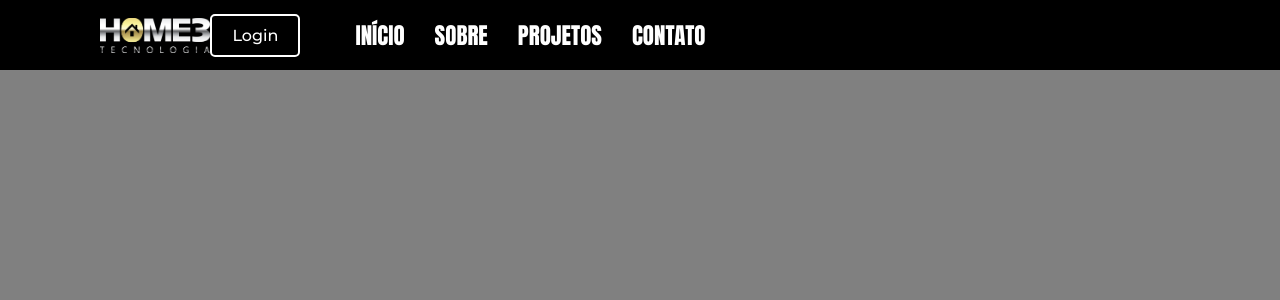
Repository: ryanmarinhodev/Home3-react
Page: /
These files come from the project's save history. The page is drawn as it stood at one moment and after the next save; the edit follows.
The browser window is 1280 px wide. The pictures show the whole page.
Some web fonts or font styles are not loaded; a fallback is used. The project was rebuilt for these pictures with package versions that can differ from the ones it lists, and the page was loaded fresh each time. Also part of the build but not shown: src/App.css.

Above is the page before, as saved 2024-11-06 10:57:00.

After the next save:
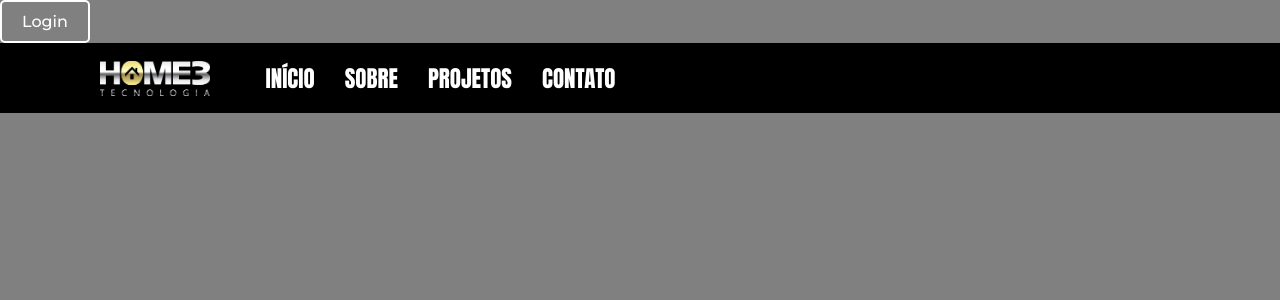
Saved 39 s later.
--- a/src/components/Header/header.tsx
+++ b/src/components/Header/header.tsx
@@ -16,11 +16,11 @@
   return (
     <>
       <GlobalStyle />
+      <LoginButton>Login</LoginButton>
       <HeaderStyle>
         <NavBar />
         <Logo src={LogoHome3} alt="Logo home3" />
         <User />
-        <LoginButton>Login</LoginButton>
         <NavItems>
           <li>
             <a href="./index.html">INÍCIO</a>

After the 4 saves that followed:
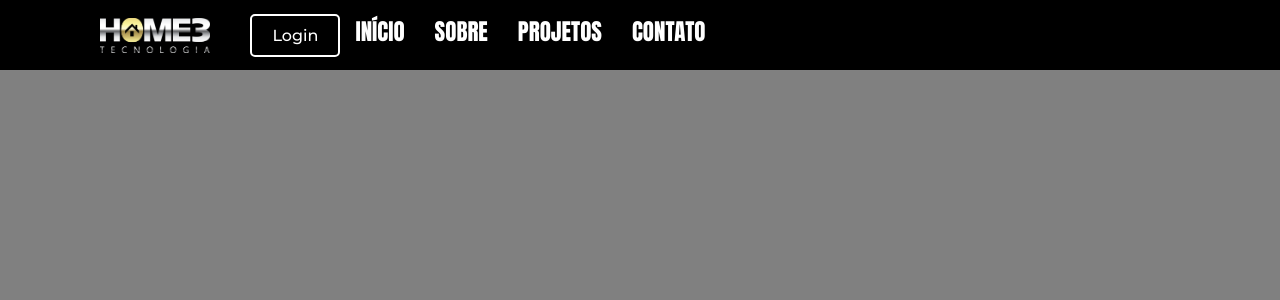
The 4 saves are shown as one change because they came seconds apart.
The last was saved 15 s later.
--- a/src/components/Header/header.tsx
+++ b/src/components/Header/header.tsx
@@ -16,12 +16,12 @@
   return (
     <>
       <GlobalStyle />
-      <LoginButton>Login</LoginButton>
       <HeaderStyle>
         <NavBar />
         <Logo src={LogoHome3} alt="Logo home3" />
         <User />
         <NavItems>
+          <LoginButton>Login</LoginButton>
           <li>
             <a href="./index.html">INÍCIO</a>
           </li>
